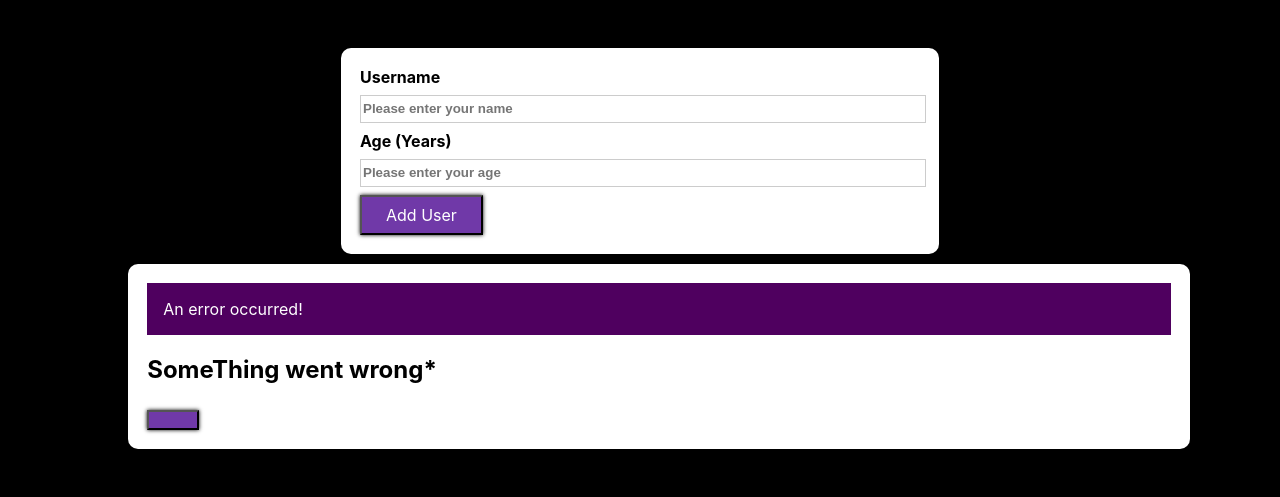
Repository: NamalPathirana/section-eight
Page: /
The author's editor kept a copy of each file at every save. The page is drawn from the files as they stood at one save, then again after the next save.
The browser window is 1280 px wide. The pictures show the whole page.
The project was rebuilt for these pictures with package versions that can differ from the ones it lists, and the page was loaded fresh each time. Also part of the build but not shown: src/App.module.css.

Above is the page before, as saved 2021-12-04 14:13:14.

After the next save:
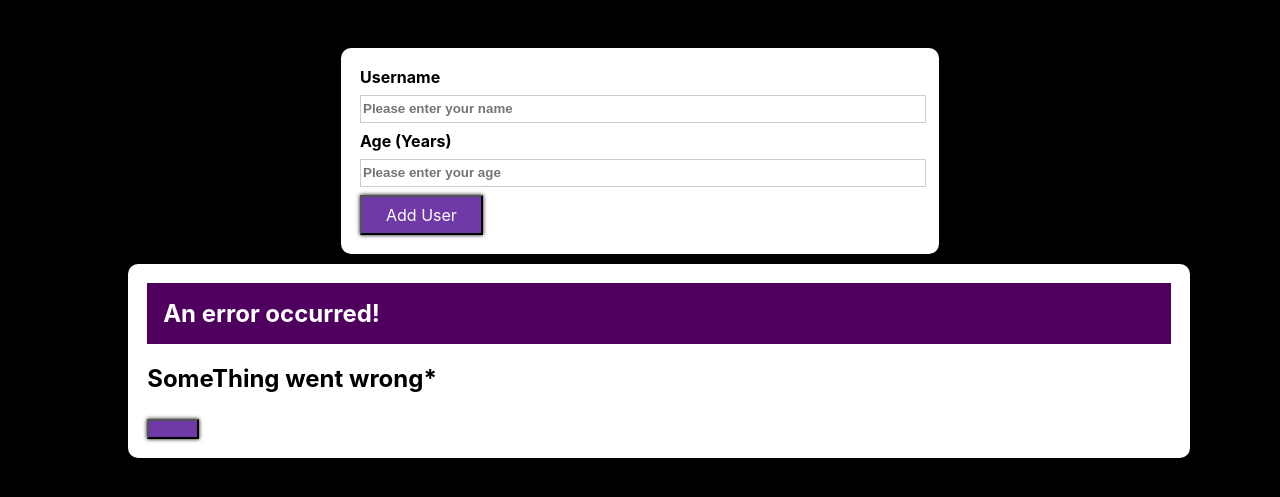
Saved 50 s later.
--- a/src/UI/ErrorModal/ErrorModal.js
+++ b/src/UI/ErrorModal/ErrorModal.js
@@ -5,7 +5,7 @@ import Button from "../Button/Button"
 const ErrorModal = (props) => {
   return (
     <Card className={styles.modal}>
-      <header className={styles.header} >{props.title}</header>
+      <header className={styles.header} ><h2>{props.title}</h2></header>
       <h2 className={styles.message}>{props.message}</h2>
       <footer className={styles.footer}><Button>Close</Button></footer>
     </Card>
